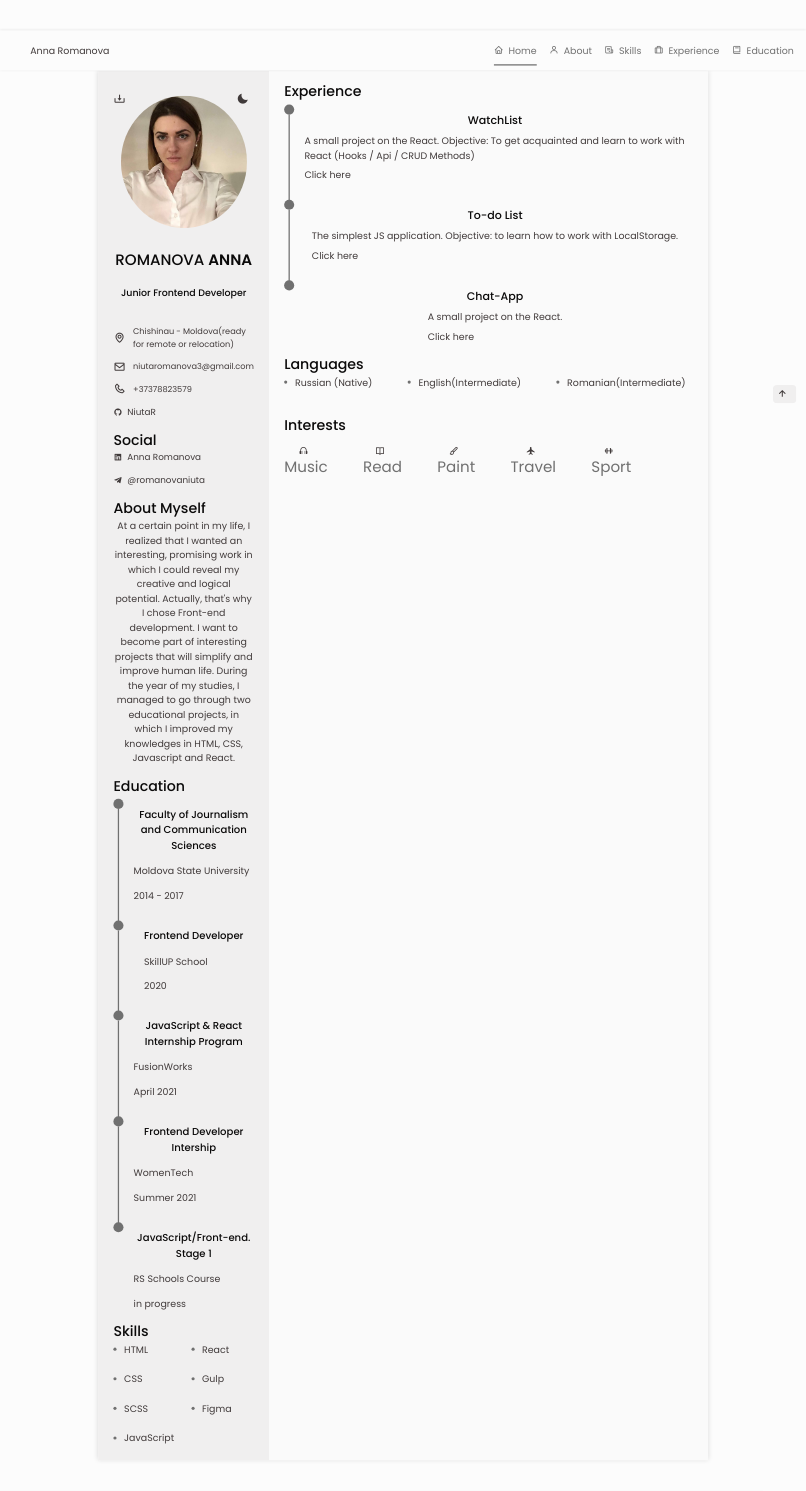
Repository: NiutaR/rsschool-cv
Page: index.html
An editor plug-in stored every save of this project. The page is shown before and after a run of saves, followed by the edit.
The browser window is 1280 px wide. The pictures show the whole page, at 63% of full size.

Above is the page before, as saved 2021-09-19 19:22:35.

After the next 2 saves:
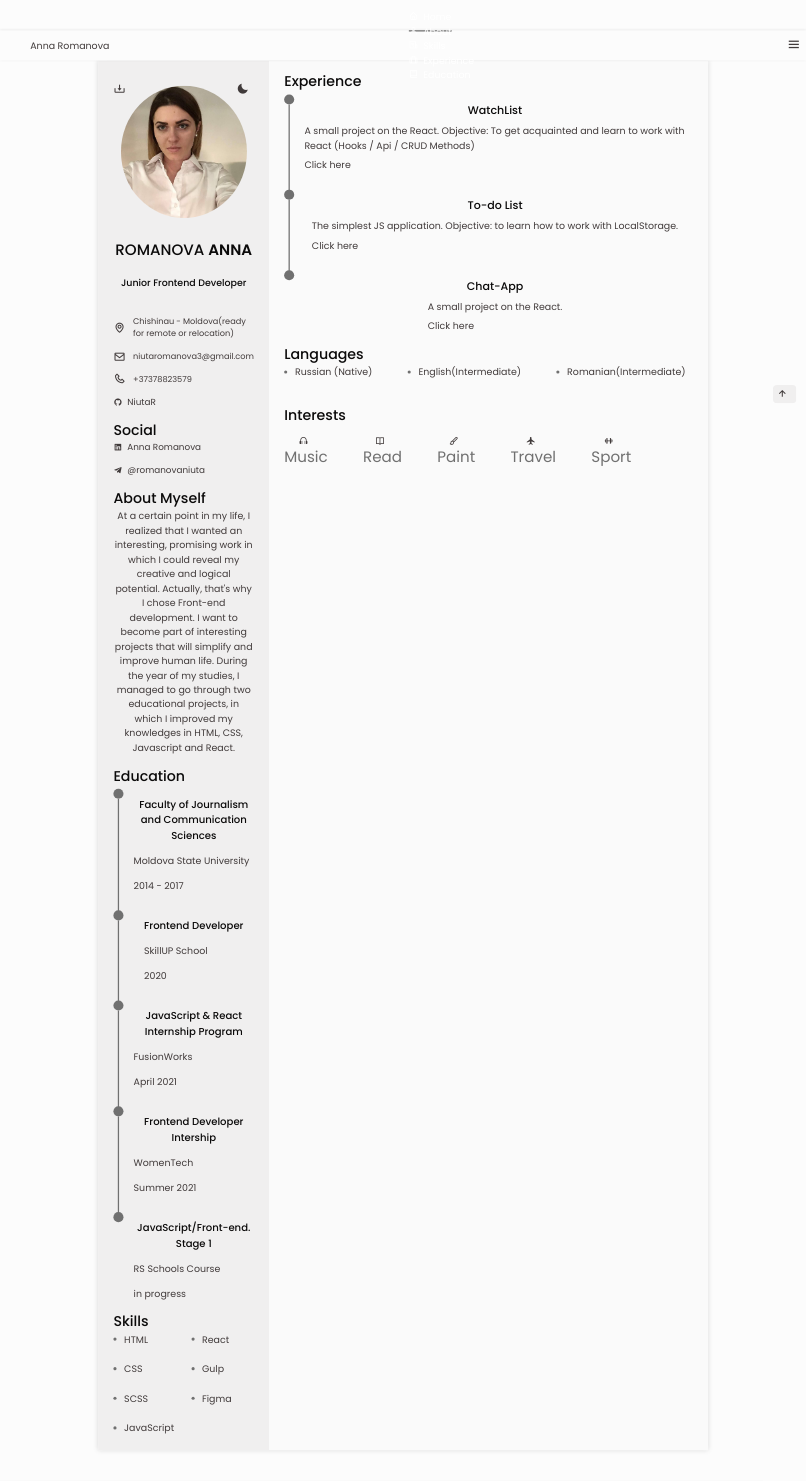
The 2 saves are shown as one change because they came seconds apart.
The last was saved 14 s later.
--- a/src/style.css
+++ b/src/style.css
@@ -404,7 +404,7 @@ body.dark-theme {
     color: var(--text-color);
     cursor: pointer;
 }
-
+.generate-pdf
 /*========== MEDIA ==========*/
 
 @media screen and (min-width: 769px) {
